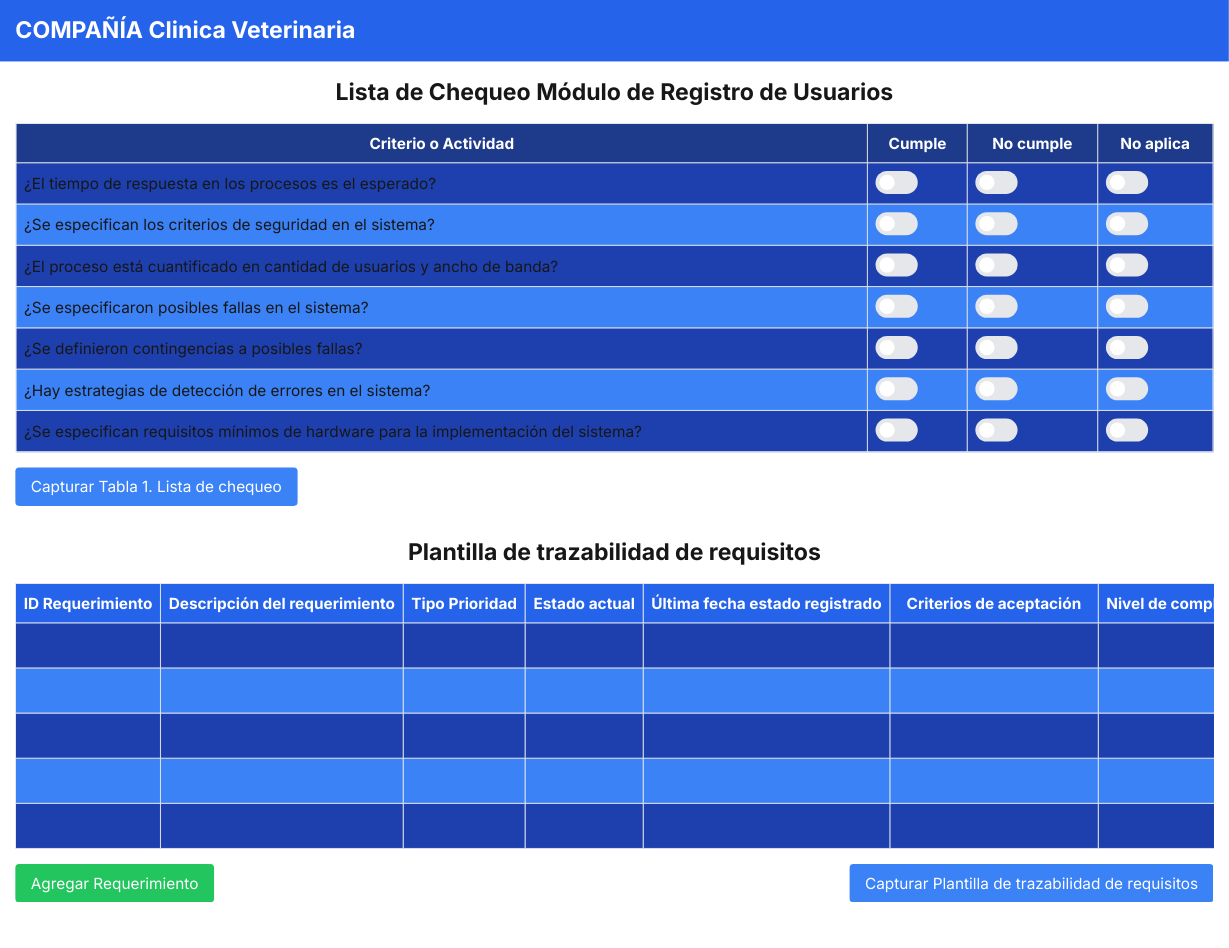
Repository: CiroAlfa/lista-de-Chequeo
Page: /
An editor plug-in stored every save of this project. The page is shown before and after a run of saves, followed by the edit.
The browser window is 1280 px wide. The pictures show the whole page, at 96% of full size.
The project was rebuilt for these pictures with package versions that can differ from the ones it lists, and the page was loaded fresh each time. The framework's server and built-in components were replaced by stand-ins that run in the browser. Also part of the build but not shown: next.config.mjs.

Above is the page before, as saved 2024-09-27 13:27:28.

### src/app/layout.tsx
import './globals.css'
import type { Metadata } from 'next'
import { Inter } from 'next/font/google'

const inter = Inter({ subsets: ['latin'] })

export const metadata: Metadata = {
  title: 'Checklist App - Clinica Veterinaria',
  description: 'Aplicación de chequeo y trazabilidad de requisitos',
}

export default function RootLayout({
  children,
}: {
  children: React.ReactNode
}) {
  return (
    <html lang="es">
      <body className={inter.className}>
        <header className="bg-blue-600 text-white p-4">
          <h1 className="text-2xl font-bold">COMPAÑÍA Clinica Veterinaria</h1>
        </header>
        {children}
      </body>
    </html>
  )
}

### src/app/page.tsx
'use client'

import { useState } from 'react'
import { Switch } from '@headlessui/react'
import html2canvas from 'html2canvas'

interface ChecklistItem {
  id: number
  criteria: string
  cumple: boolean
  noCumple: boolean
  noAplica: boolean
}

interface RequirementItem {
  id: string
  description: string
  priority: string
  status: string
  lastUpdated: string
  acceptanceCriteria: string
  complexity: string
  deliverables: string
  testScenarios: string
  stakeholder: string
}

const initialChecklist: ChecklistItem[] = [
  { id: 1, criteria: '¿El tiempo de respuesta en los procesos es el esperado?', cumple: false, noCumple: false, noAplica: false },
  { id: 2, criteria: '¿Se especifican los criterios de seguridad en el sistema?', cumple: false, noCumple: false, noAplica: false },
  { id: 3, criteria: '¿El proceso está cuantificado en cantidad de usuarios y ancho de banda?', cumple: false, noCumple: false, noAplica: false },
  { id: 4, criteria: '¿Se especificaron posibles fallas en el sistema?', cumple: false, noCumple: false, noAplica: false },
  { id: 5, criteria: '¿Se definieron contingencias a posibles fallas?', cumple: false, noCumple: false, noAplica: false },
  { id: 6, criteria: '¿Hay estrategias de detección de errores en el sistema?', cumple: false, noCumple: false, noAplica: false },
  { id: 7, criteria: '¿Se especifican requisitos mínimos de hardware para la implementación del sistema?', cumple: false, noCumple: false, noAplica: false },
]

const initialRequirements: RequirementItem[] = Array(5).fill(null).map((_, index) => ({
  id: ``,
  description: '',
  priority: '',
  status: '',
  lastUpdated: '',
  acceptanceCriteria: '',
  complexity: '',
  deliverables: '',
  testScenarios: '',
  stakeholder: '',
}))

export default function Home() {
  const [checklist, setChecklist] = useState<ChecklistItem[]>(initialChecklist)
  const [requirements, setRequirements] = useState<RequirementItem[]>(initialRequirements)

  const handleChecklistChange = (id: number, field: 'cumple' | 'noCumple' | 'noAplica') => {
    setChecklist(checklist.map(item => {
      if (item.id === id) {
        const newItem = { ...item, [field]: !item[field] }
        if (newItem[field]) {
          newItem.cumple = field === 'cumple'
          newItem.noCumple = field === 'noCumple'
          newItem.noAplica = field === 'noAplica'
        }
        return newItem
      }
      return item
    }))
  }

  const handleRequirementChange = (index: number, field: keyof RequirementItem, value: string) => {
    setRequirements(requirements.map((item, i) =>
      i === index ? { ...item, [field]: value } : item
    ))
  }

  const addRequirement = () => {
    setRequirements([...requirements, {
      id: '',
      description: '',
      priority: '',
      status: '',
      lastUpdated: '',
      acceptanceCriteria: '',
      complexity: '',
      deliverables: '',
      testScenarios: '',
      stakeholder: '',
    }])
  }

  const captureScreenshot = async (elementId: string, fileName: string) => {
    const element = document.getElementById(elementId)
    if (element) {
      const canvas = await html2canvas(element)
      const image = canvas.toDataURL('image/png')
      const link = document.createElement('a')
      link.href = image
      link.download = fileName
      link.click()
    }
  }

  return (
    <main className="container mx-auto p-4">
      <div className="mb-8" id="checklist-table">
        <h2 className="text-2xl font-bold mb-4 text-center">Lista de Chequeo Módulo de Registro de Usuarios</h2>
        <table className="w-full border-collapse">
          <thead>
            <tr className="bg-blue-900 text-white">
              <th className="border p-2">Criterio o Actividad</th>
              <th className="border p-2">Cumple</th>
              <th className="border p-2">No cumple</th>
              <th className="border p-2">No aplica</th>
            </tr>
          </thead>
          <tbody>
            {checklist.map((item, index) => (
              <tr key={item.id} className={index % 2 === 0 ? 'bg-blue-800' : 'bg-blue-500'}>
                <td className="border p-2">{item.criteria}</td>
                <td className="border p-2">
                  <Switch
                    checked={item.cumple}
                    onChange={() => handleChecklistChange(item.id, 'cumple')}
                    className={`${item.cumple ? 'bg-blue-600' : 'bg-gray-200'} relative inline-flex h-6 w-11 items-center rounded-full`}
                  >
                    <span className={`${item.cumple ? 'translate-x-6' : 'translate-x-1'} inline-block h-4 w-4 transform rounded-full bg-white transition`} />
                  </Switch>
                </td>
                <td className="border p-2">
                  <Switch
                    checked={item.noCumple}
                    onChange={() => handleChecklistChange(item.id, 'noCumple')}
                    className={`${item.noCumple ? 'bg-blue-600' : 'bg-gray-200'} relative inline-flex h-6 w-11 items-center rounded-full`}
                  >
                    <span className={`${item.noCumple ? 'translate-x-6' : 'translate-x-1'} inline-block h-4 w-4 transform rounded-full bg-white transition`} />
                  </Switch>
                </td>
                <td className="border p-2">
                  <Switch
                    checked={item.noAplica}
                    onChange={() => handleChecklistChange(item.id, 'noAplica')}
                    className={`${item.noAplica ? 'bg-blue-600' : 'bg-gray-200'} relative inline-flex h-6 w-11 items-center rounded-full`}
                  >
                    <span className={`${item.noAplica ? 'translate-x-6' : 'translate-x-1'} inline-block h-4 w-4 transform rounded-full bg-white transition`} />
                  </Switch>
                </td>
              </tr>
            ))}
          </tbody>
        </table>
        <button
          onClick={() => captureScreenshot('checklist-table', 'lista-de-chequeo.png')}
          className="mt-4 bg-blue-500 text-white px-4 py-2 rounded hover:bg-blue-600 transition-colors"
        >
          Capturar Tabla 1. Lista de chequeo
        </button>
      </div>

      <div className="mb-8" id="requirements-table">
        <h2 className="text-2xl font-bold mb-4 text-center">Plantilla de trazabilidad de requisitos</h2>
        <div className="overflow-x-auto">
          <table className="w-full border-collapse">
            <thead>
              <tr className="bg-blue-600 text-white">
                <th className="border p-2 whitespace-nowrap">ID Requerimiento</th>
                <th className="border p-2 whitespace-nowrap">Descripción del requerimiento</th>
                <th className="border p-2 whitespace-nowrap">Tipo Prioridad</th>
                <th className="border p-2 whitespace-nowrap">Estado actual</th>
                <th className="border p-2 whitespace-nowrap">Última fecha estado registrado</th>
                <th className="border p-2 whitespace-nowrap">Criterios de aceptación</th>
                <th className="border p-2 whitespace-nowrap">Nivel de complejidad</th>
                <th className="border p-2 whitespace-nowrap">Entregables</th>
                <th className="border p-2 whitespace-nowrap">Escenarios de pruebas</th>
                <th className="border p-2 whitespace-nowrap">Interesado en el requisito</th>
              </tr>
            </thead>
            <tbody>
              {requirements.map((item, index) => (
                <tr key={index} className={index % 2 === 0 ? 'bg-blue-800' : 'bg-blue-500'}>
                  <td className="border p-2">
                    <input
                      type="text"
                      value={item.id}
                      onChange={(e) => handleRequirementChange(index, 'id', e.target.value)}
                      className="w-full bg-transparent min-w-[100px]"
                    />
                  </td>
                  <td className="border p-2">
                    <textarea
                      value={item.description}
                      onChange={(e) => handleRequirementChange(index, 'description', e.target.value)}
                      className="w-full bg-transparent min-w-[200px] resize-none overflow-hidden"
                      rows={1}
                      onInput={(e) => {
                        e.currentTarget.style.height = 'auto'
                        e.currentTarget.style.height = e.currentTarget.scrollHeight + 'px'
                      }}
                    />
                  </td>
                  <td className="border p-2">
                    <input
                      type="text"
                      value={item.priority}
                      onChange={(e) => handleRequirementChange(index, 'priority', e.target.value)}
                      className="w-full bg-transparent min-w-[100px]"
                    />
                  </td>
                  <td className="border p-2">
                    <input
                      type="text"
                      value={item.status}
                      onChange={(e) => handleRequirementChange(index, 'status', e.target.value)}
                      className="w-full bg-transparent min-w-[100px]"
                    />
                  </td>
                  <td className="border p-2">
                    <input
                      type="text"
                      value={item.lastUpdated}
                      onChange={(e) => handleRequirementChange(index, 'lastUpdated', e.target.value)}
                      className="w-full bg-transparent min-w-[100px]"
                    />
                  </td>
                  <td className="border p-2">
                    <textarea
                      value={item.acceptanceCriteria}
                      onChange={(e) => handleRequirementChange(index, 'acceptanceCriteria', e.target.value)}
                      className="w-full bg-transparent min-w-[200px] resize-none overflow-hidden"
                      rows={1}
                      onInput={(e) => {
                        e.currentTarget.style.height = 'auto'
                        e.currentTarget.style.height = e.currentTarget.scrollHeight + 'px'
                      }}
                    />
                  </td>
                  <td className="border p-2">
                    <input
                      type="text"
                      value={item.complexity}
                      onChange={(e) => handleRequirementChange(index, 'complexity', e.target.value)}
                      className="w-full bg-transparent min-w-[100px]"
                    />
                  </td>
                  <td className="border p-2">
                    <textarea
                      value={item.deliverables}
                      onChange={(e) => handleRequirementChange(index, 'deliverables', e.target.value)}
                      className="w-full bg-transparent min-w-[200px] resize-none overflow-hidden"
                      rows={1}
                      onInput={(e) => {
                        e.currentTarget.style.height = 'auto'
                        e.currentTarget.style.height = e.currentTarget.scrollHeight + 'px'
                      }}
                    />
                  </td>
                  <td className="border p-2">
                    <textarea
                      value={item.testScenarios}
                      onChange={(e) => handleRequirementChange(index, 'testScenarios', e.target.value)}
                      className="w-full bg-transparent min-w-[200px] resize-none overflow-hidden"
                      rows={1}
                      onInput={(e) => {
                        e.currentTarget.style.height = 'auto'
                        e.currentTarget.style.height = e.currentTarget.scrollHeight + 'px'
                      }}
                    />
                  </td>
                  <td className="border p-2">
                    <input
                      type="text"
                      value={item.stakeholder}
                      onChange={(e) => handleRequirementChange(index, 'stakeholder', e.target.value)}
                      className="w-full bg-transparent min-w-[100px]"
                    />
                  </td>
                </tr>
              ))}
            </tbody>
          </table>
        </div>
        <div className="mt-4 flex justify-between">
          <button
            onClick={addRequirement}
            className="bg-green-500 text-white px-4 py-2 rounded hover:bg-green-600 transition-colors"
          >
            Agregar Requerimiento
          </button>
          <button
            onClick={() => captureScreenshot('requirements-table', 'plantilla-trazabilidad-requisitos.png')}
            className="bg-blue-500 text-white px-4 py-2 rounded hover:bg-blue-600 transition-colors"
          >
            Capturar Plantilla de trazabilidad de requisitos
          </button>
        </div>
      </div>
    </main>
  )
}

Loaded but not shown: src/app/globals.css (common file); tailwind.config.ts (common file)

After the next 2 saves:
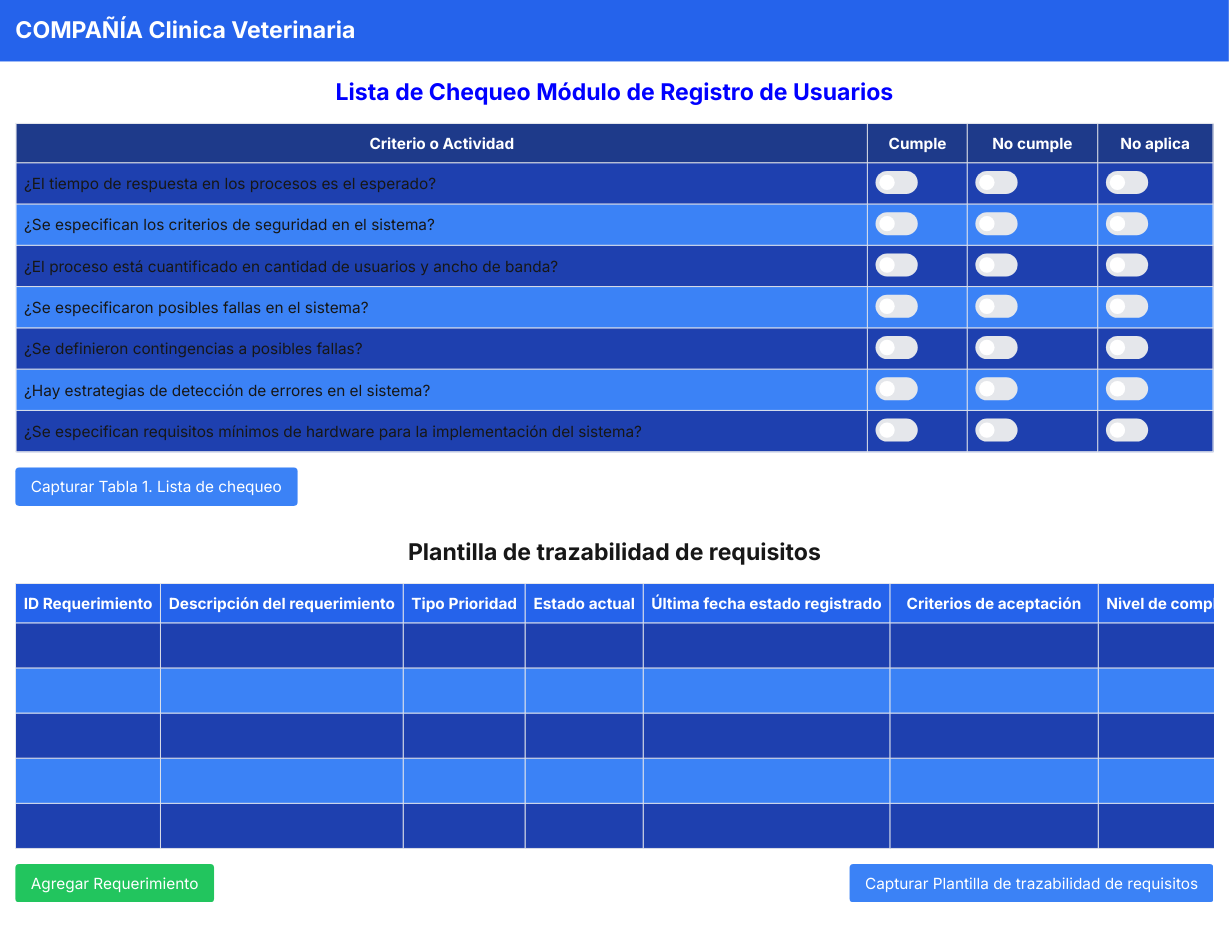
The 2 saves are shown as one change because 1 did not build or start.
The last was saved 2 min 44 s later.
--- a/src/app/page.tsx
+++ b/src/app/page.tsx
@@ -103,7 +103,7 @@ export default function Home() {
   return (
     <main className="container mx-auto p-4">
       <div className="mb-8" id="checklist-table">
-        <h2 className="text-2xl font-bold mb-4 text-center">Lista de Chequeo Módulo de Registro de Usuarios</h2>
+        <h2 className="text-2xl font-bold mb-4 text-center" style={{ color: 'blue' }}>Lista de Chequeo Módulo de Registro de Usuarios</h2>
         <table className="w-full border-collapse">
           <thead>
             <tr className="bg-blue-900 text-white">
